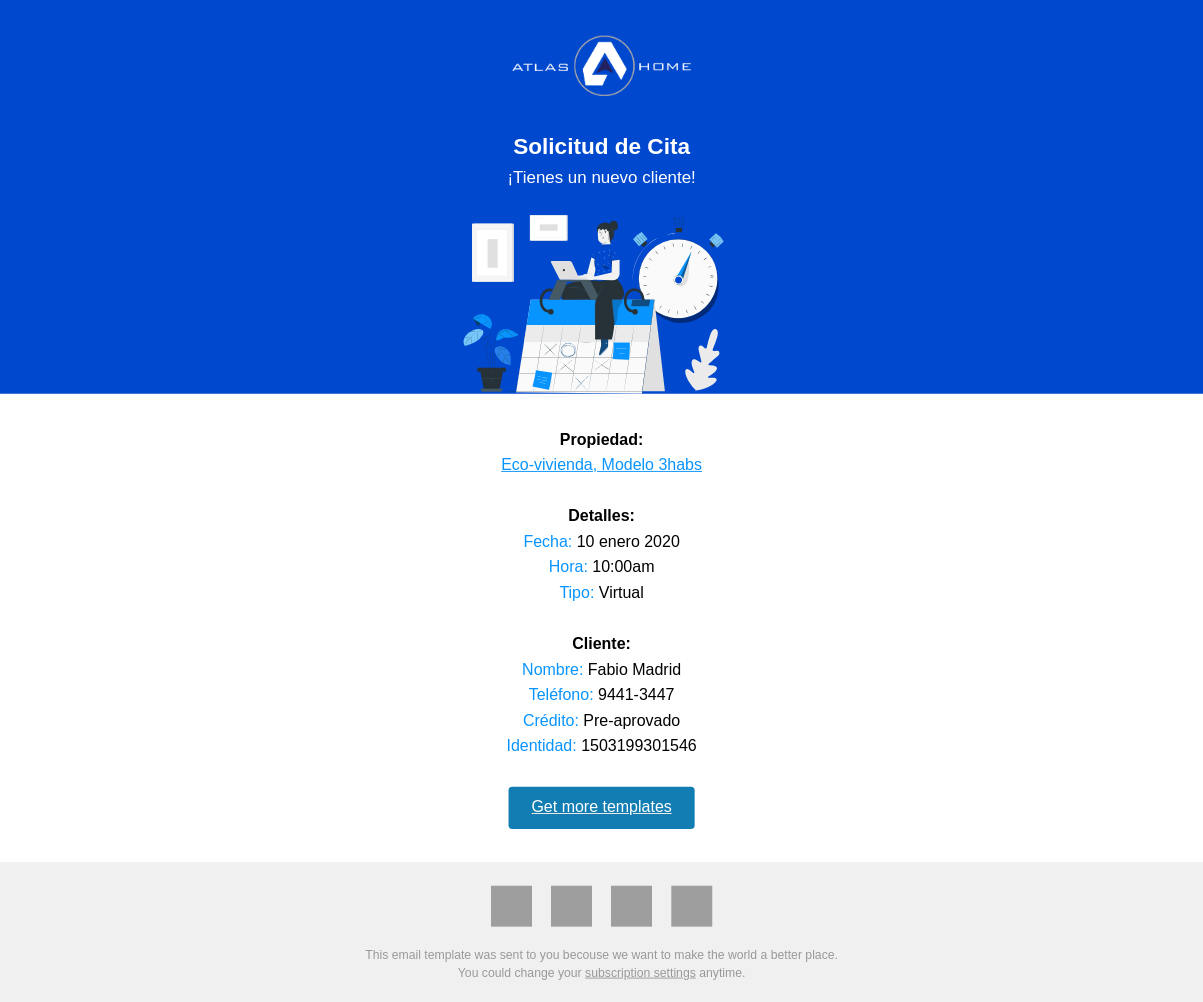
Repository: FabioMadrid/atlas_code
Page: correo_cita_vendedor.html
An editor plug-in stored every save of this project. The page is shown before and after the next save, followed by the edit.
The browser window is 1280 px wide. The pictures show the whole page, at 94% of full size.
Pictures or frames that could not be fetched are drawn as grey boxes.

Above is the page before, as saved 2021-01-14 16:50:58.

After the next save:
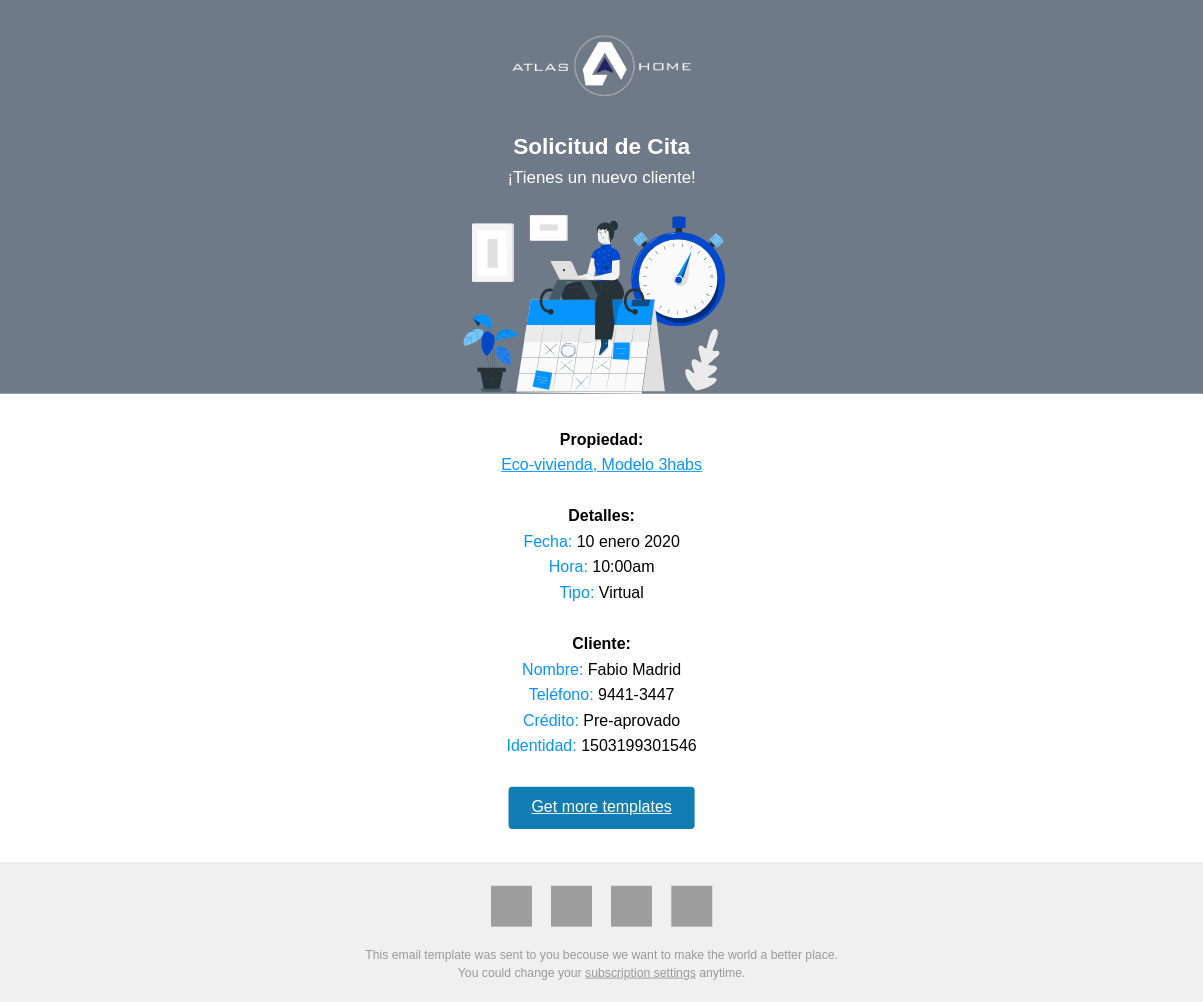
Saved 45 s later.
--- a/correo_cita_vendedor.html
+++ b/correo_cita_vendedor.html
@@ -59,7 +59,7 @@ a, a:hover {
 <!-- SECTION / BACKGROUND -->
 <!-- Set section background color -->
 <table width="100%" align="center" border="0" cellpadding="0" cellspacing="0" style="border-collapse: collapse; border-spacing: 0; margin: 0; padding: 0; width: 100%;" class="background"><tr><td align="center" valign="top" style="border-collapse: collapse; border-spacing: 0; margin: 0; padding: 0;"
-	bgcolor="#0048CD">
+	bgcolor="#6F7A88">
 
 <!-- WRAPPER -->
 <!-- Set wrapper width (twice) -->
